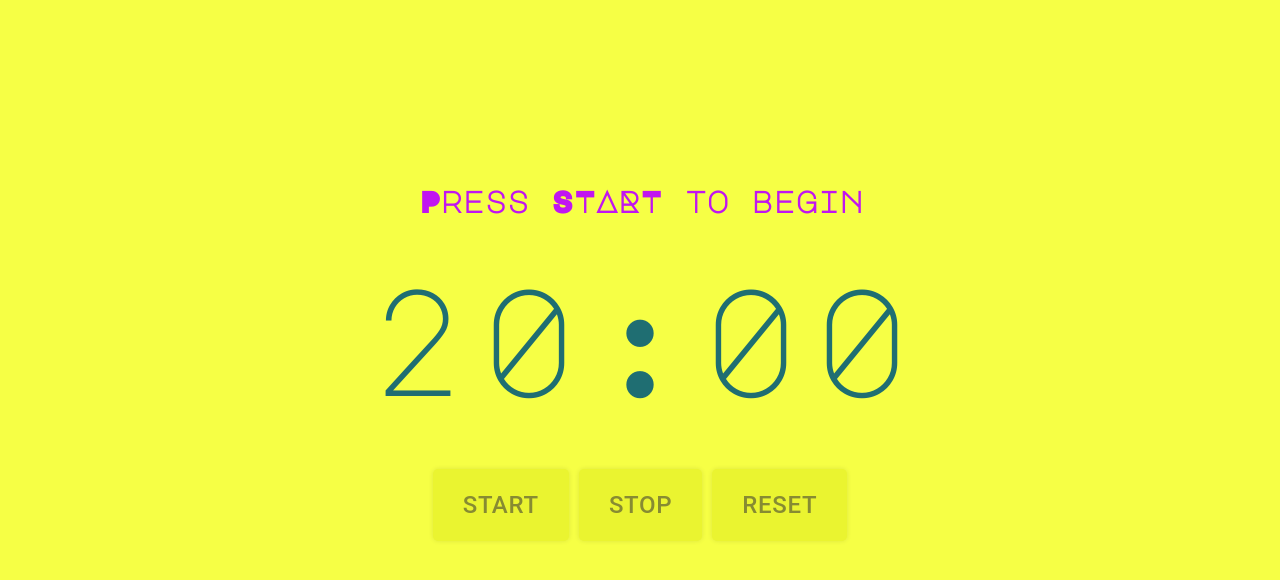
Repository: realistmccoy/pomodoro
Page: /
These files come from the project's save history. The page is drawn as it stood at one moment and after a run of saves; the edit follows.
The browser window is 1280 px wide. The pictures show the whole page.
The project was rebuilt for these pictures with package versions that can differ from the ones it lists, and the page was loaded fresh each time.

Above is the page before, as saved 2020-12-10 01:04:03.

After the next 2 saves:
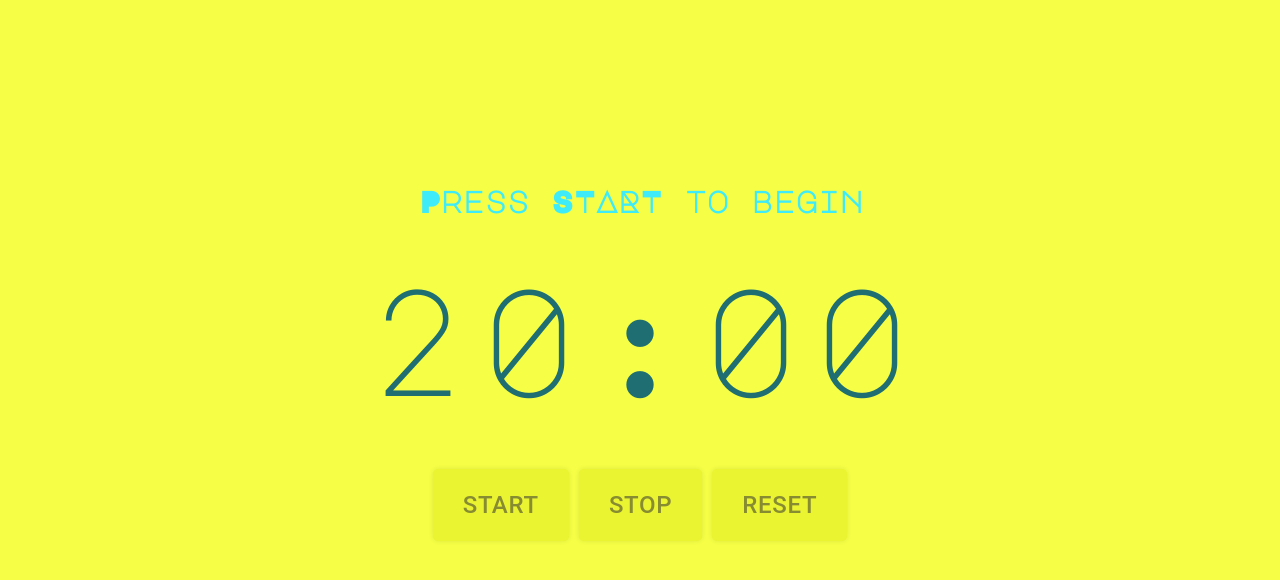
The 2 saves are shown as one change because they came seconds apart.
The last was saved 30 s later.
--- a/src/App.css
+++ b/src/App.css
@@ -24,7 +24,7 @@ body {
 }
 
 h2 {
-  color: #c115f0;
+  color: #3eecf9;
   font-size: 30px;
   text-align: center;
   margin: 0;
